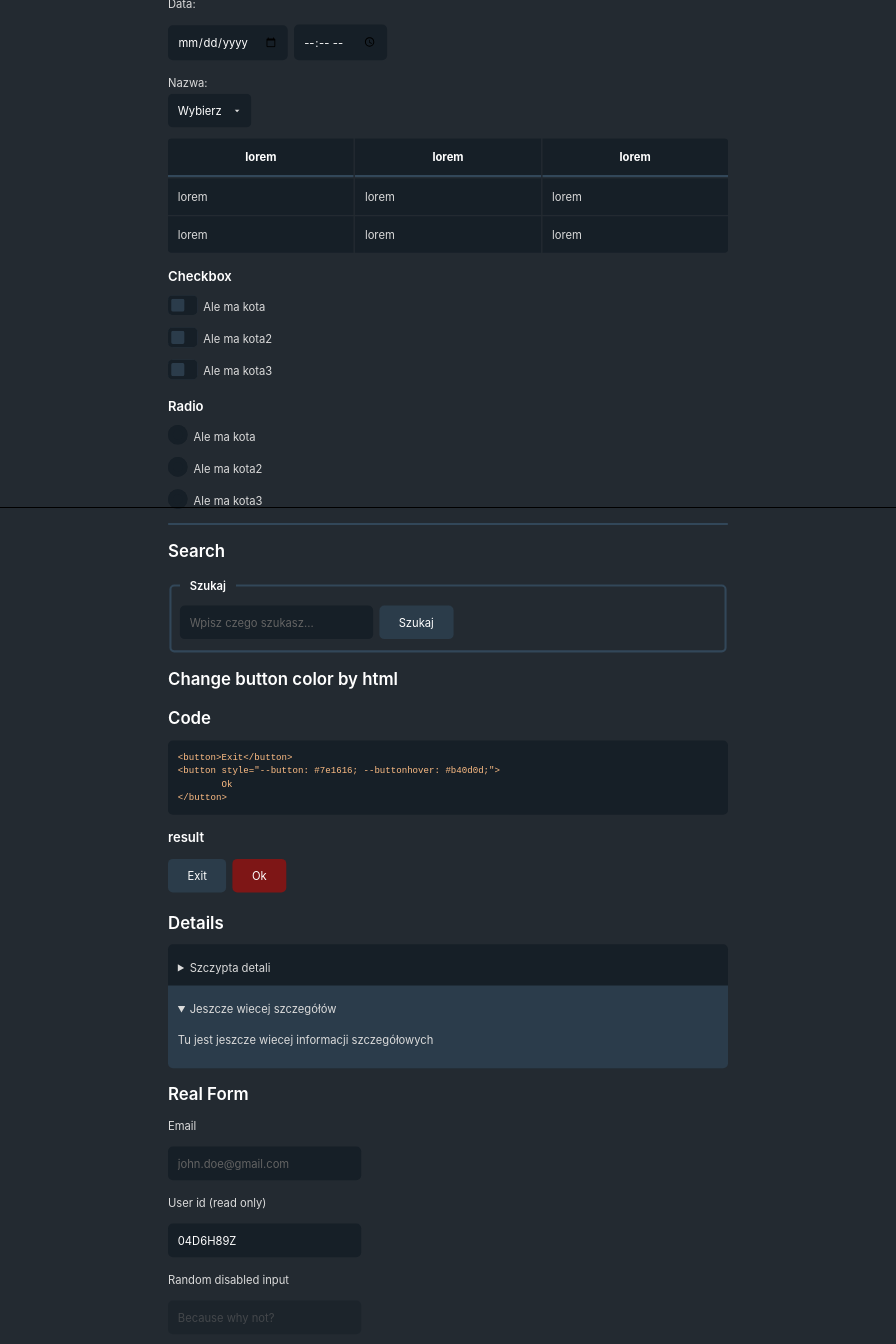
Repository: KozakBartosz/Draft
Page: index.html
These files come from the project's save history. The page is drawn as it stood at one moment and after the next save; the edit follows.
The browser window is 1280 px wide. The pictures show the part of the page from y = 2180 to 4100 px (the page is 4681 px tall before and 4678 px after), at 70% of full size.

Above is the page before, as saved 2019-04-12 08:57:13.

After the next save:
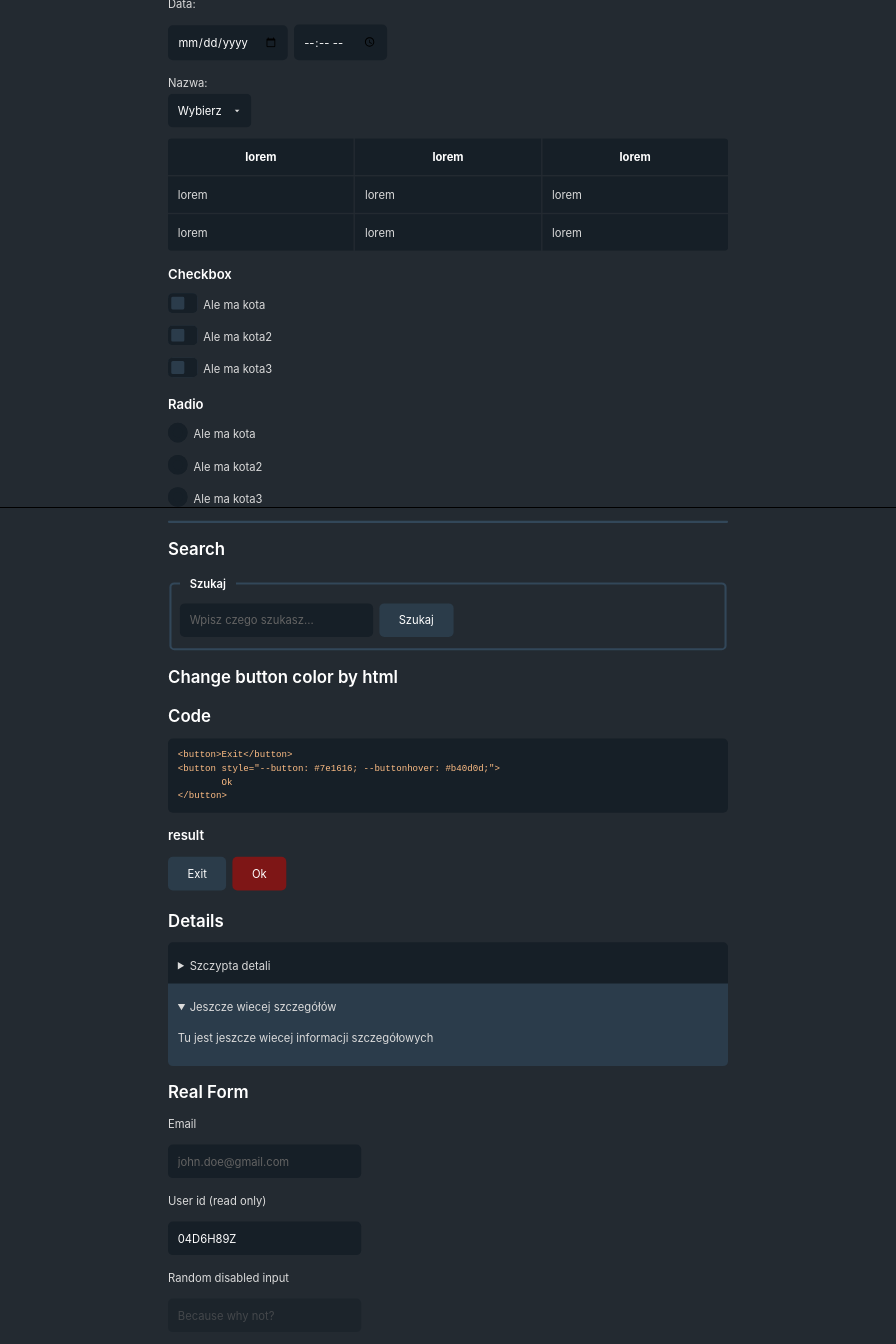
Saved 89 s later.
--- a/draft.css
+++ b/draft.css
@@ -359,7 +359,6 @@ th {
 	background: var(--low);
 }
 th {
-	border-bottom: 3px solid var(--midi);
 	color: var(--textContrast);
 }
 tr:hover td,
